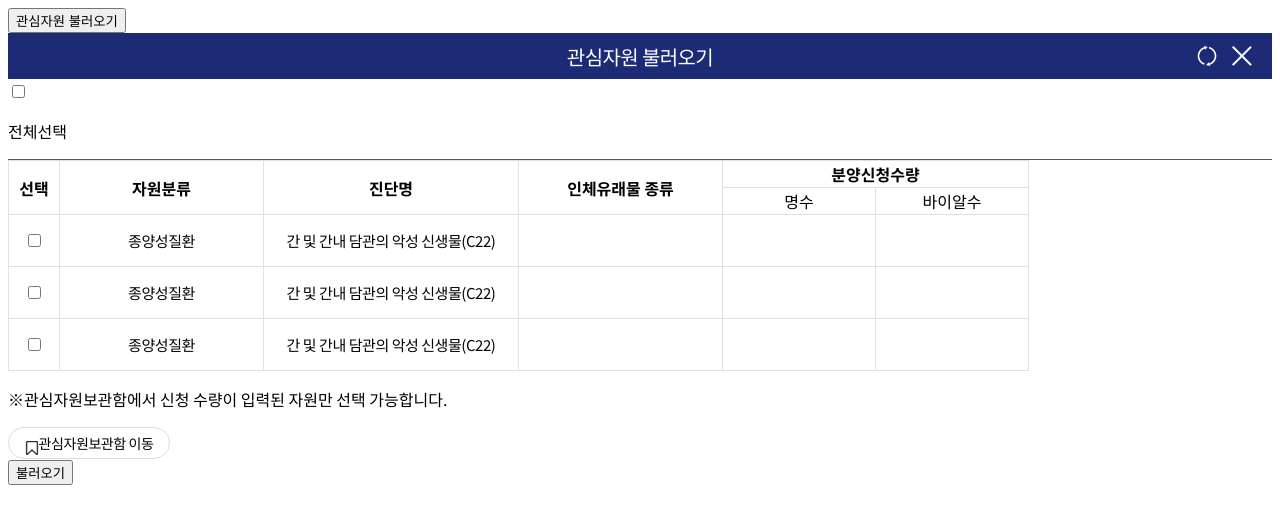
Repository: dlgywls1130/one_popup
Page: index.html
An editor plug-in stored every save of this project. The page is shown before and after the next save, followed by the edit.
The browser window is 1280 px wide. The pictures show the whole page.
Some web fonts or font styles are not loaded; a fallback is used.

Above is the page before, as saved 2023-10-25 22:17:12.

### index.html
<!DOCTYPE html>
<html lang="en">
<head>
    <meta charset="UTF-8">
    <meta name="viewport" content="width=device-width, initial-scale=1.0">
    <title>관심자원</title>

    <link rel="stylesheet" href="./style.css">

</head>
<body>
    <button type="button">관심자원 불러오기</button>

    <div class="modal_new">
        <div class="modal_head">
            <div class="modal_title">관심자원 불러오기</div>
            <div class="modal_right">
                <div class="refresh">
                    <img src="./img/reload.png">
                </div>
                <div class="close">
                    <img src="./img/close.png">
                </div>
            </div>
        </div>
        <div class="modal_body">
            <div class="all_check">
                <label>
                    <input type="checkbox">
                    <p>전체선택</p>
                </label>
            </div>

            <div class="body_all_list">
                <table class="list_table_wrap">
                    <tr class="table_head">
                        <th rowspan='2'>선택</th>
                        <th rowspan='2'>자원분류</th>
                        <th rowspan='2'>진단명</th>
                        <th rowspan='2'>인체유래물 종류</th>
                        <th colspan='2'>분양신청수량</th>
                    </tr>
                    <tr class="table_head">
                        <td class="column_sum">명수</td>
                        <td class="column_sum">바이알수</td>
                    </tr>
                    <tr class="table_body_content">
                        <td><input type="checkbox" name="choice"></td>
                        <td>종양성질환</td>
                        <td>간 및 간내 담관의 악성 신생물(C22)</td>
                        <td></td>
                        <td></td>
                        <td></td>
                    </tr>
                    <tr  class="table_body_content">
                        <td><input type="checkbox" name="choice"></td>
                        <td>종양성질환</td>
                        <td>간 및 간내 담관의 악성 신생물(C22)</td>
                        <td></td>
                        <td></td>
                        <td></td>
                    </tr>
                    <tr  class="table_body_content">
                        <td><input type="checkbox" name="choice"></td>
                        <td>종양성질환</td>
                        <td>간 및 간내 담관의 악성 신생물(C22)</td>
                        <td></td>
                        <td></td>
                        <td></td>
                    </tr>
                </table>
            </div>


            <p class="span_bottom">※관심자원보관함에서 신청 수량이 입력된 자원만 선택 가능합니다.</p>
            <div class="bookmark_link">
                <div class="bookmark_img"><img src="./img/bookmark.png"></div>
                <p>관심자원보관함 이동</p>
            </div>

            <div class="button_import">
                <button type="button">불러오기</button>
            </div>
        </div>
    </div>
</body>
</html>

### style.css


@import url('https://fonts.googleapis.com/css2?family=Noto+Sans+KR:wght@300;400;500;600;700&display=swap');

@import url('https://cdn.jsdelivr.net/gh/orioncactus/pretendard/dist/web/static/pretendard.css');




  .modal_new{
    font-family: 'Noto Sans KR', sans-serif;
  }

.modal_head{
    width: 100%;
    height: 46px;
    display: flex;
    align-items: center;
    justify-content: center;
    background-color: #1D2A75;
    position: relative;
}

.modal_title{
    font-size: 20px;
    letter-spacing: -0.03em;
    color: #fff;
    font-weight: 500;
}

.modal_right{
    position: absolute;
    top: 50%;
    right: 20px;
    transform: translate(0,-50%);
    display: flex;
    align-items: center;
}

.modal_right .refresh{
    margin-right: 15px;
}
.modal_right .refresh,
.modal_right .close{
    width: 20px;
    height: 20px;
}

.modal_right .refresh img,
.modal_right .close img{
    width: 100%;
    height: 100%;
}

.body_all_list{
    border-top: 1px solid #565656;
}

.list_table_wrap,
.list_table_wrap th,
.list_table_wrap td{
    border: 1px solid #E0E0E0;
    border-collapse: collapse;
}

.list_table_wrap tr th:nth-child(1),
.list_table_wrap tr td:nth-child(1){
    width: 5%;
}

.list_table_wrap tr th:nth-child(2),
.list_table_wrap tr td:nth-child(2){
    width: 20%;
}

.list_table_wrap tr th:nth-child(3),
.list_table_wrap tr td:nth-child(3){
    width: 25%;
}

.list_table_wrap tr th:nth-child(4),
.list_table_wrap tr td:nth-child(4){
    width: 20%;
}

.list_table_wrap tr th:nth-child(5),
.list_table_wrap tr td:nth-child(5){
    width: 15%;
}

.list_table_wrap tr th:nth-child(6),
.list_table_wrap tr td:nth-child(6){
    width: 15%;
}

.list_table_wrap .table_head{
    font-weight: 500;
    font-size: 16px;
    font-family: Pretendard,'Noto Sans KR', sans-serif;
    text-align: center;
}


.table_body_content td{
    font-weight: 400;
    font-size: 15px;
    letter-spacing: -0.03em;
    text-align: center;
    padding:15px;
    box-sizing: border-box;
}

.column_sum{

}

.bookmark_link{
    width: 160px;
    height: 30px;
    display: flex;
    align-items: center;
    border: 1px solid #DDDDDD;
    border-radius: 44px;
    justify-content: center;
}

.bookmark_link p{
    font-size: 14px;
    font-weight: 400;
    letter-spacing: -0.03em;
    margin: 0;
}

.bookmark_link .bookmark_img{
width: 14px;
height: 14px;
}

.bookmark_link .bookmark_img img{
    width: 100%;
    height: 100%;
    object-fit: contain;
}

After the next save:
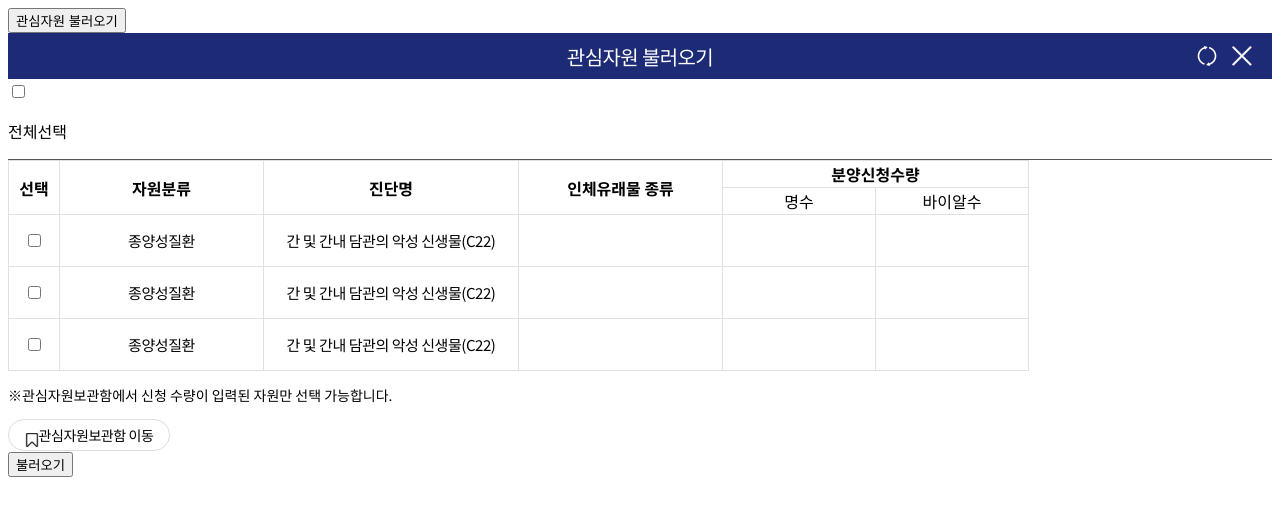
Saved 16 s later.
--- a/style.css
+++ b/style.css
@@ -141,3 +141,7 @@ height: 14px;
     height: 100%;
     object-fit: contain;
 }
+
+.span_bottom{
+    font-size: 14px;
+}
